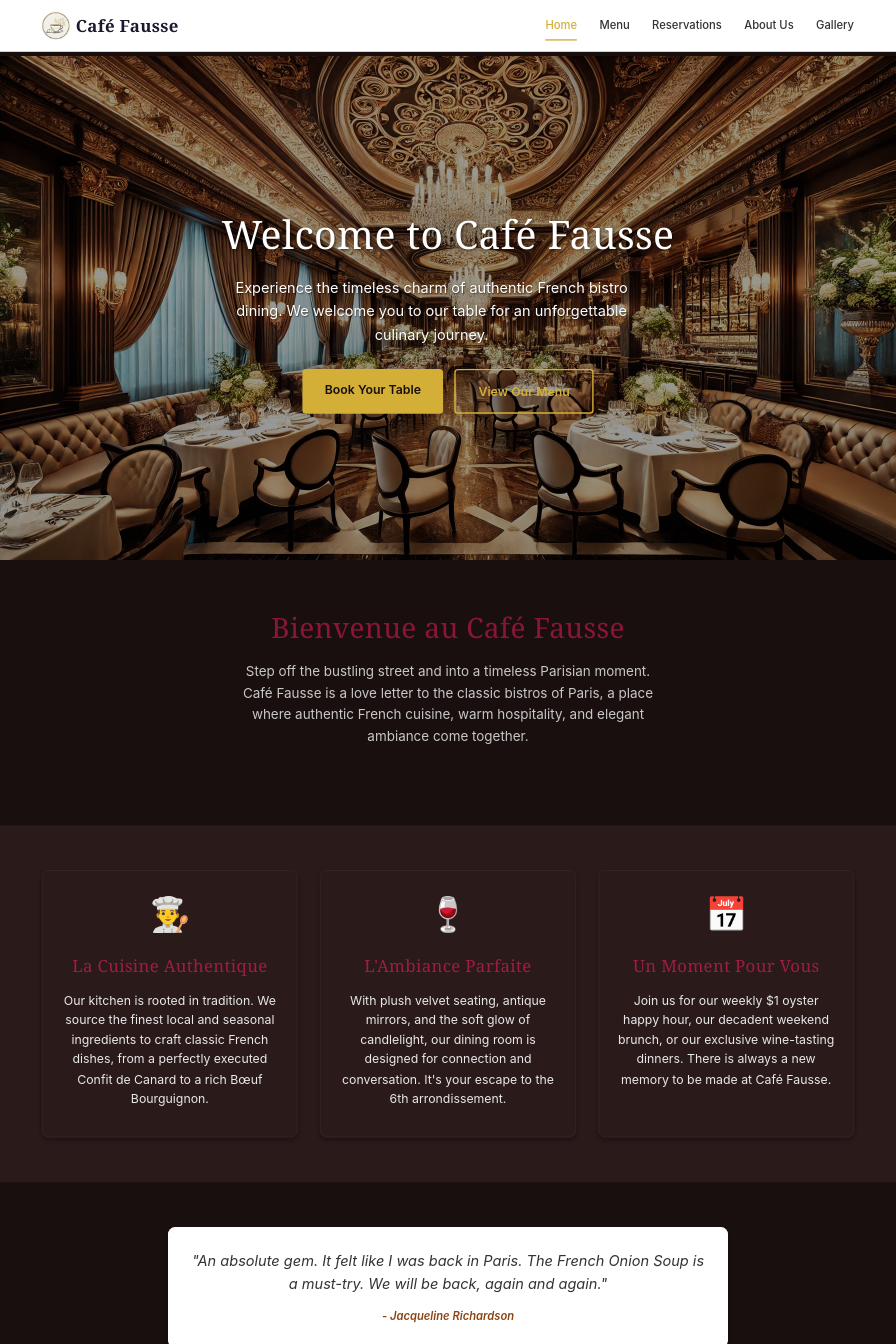
Repository: MatVanDenArt/MSSE-Cafe-Fausse
Page: / (app in frontend/)
The author's editor kept a copy of each file at every save. The page is drawn from the files as they stood at one save, then again after the next save.
The browser window is 1280 px wide. The pictures show the part of the page from y = 0 to 1920 px (the page is 2972 px tall), at 70% of full size.
The page's requests for data from a server got no answer. The project was rebuilt for these pictures with package versions that can differ from the ones it lists, and the page was loaded fresh each time. No one was signed in, and anything a server would have sent is missing. Also part of the build but not shown: frontend/src/pages/Menu.css, frontend/src/pages/Menu.js, frontend/src/pages/Reservations.css, frontend/src/pages/Reservations.js, frontend/src/pages/About.css, frontend/src/pages/About.js, frontend/src/pages/Gallery.css, frontend/src/pages/Gallery.js.

Above is the page before, as saved 2025-10-26 15:10:00.

After the next save:
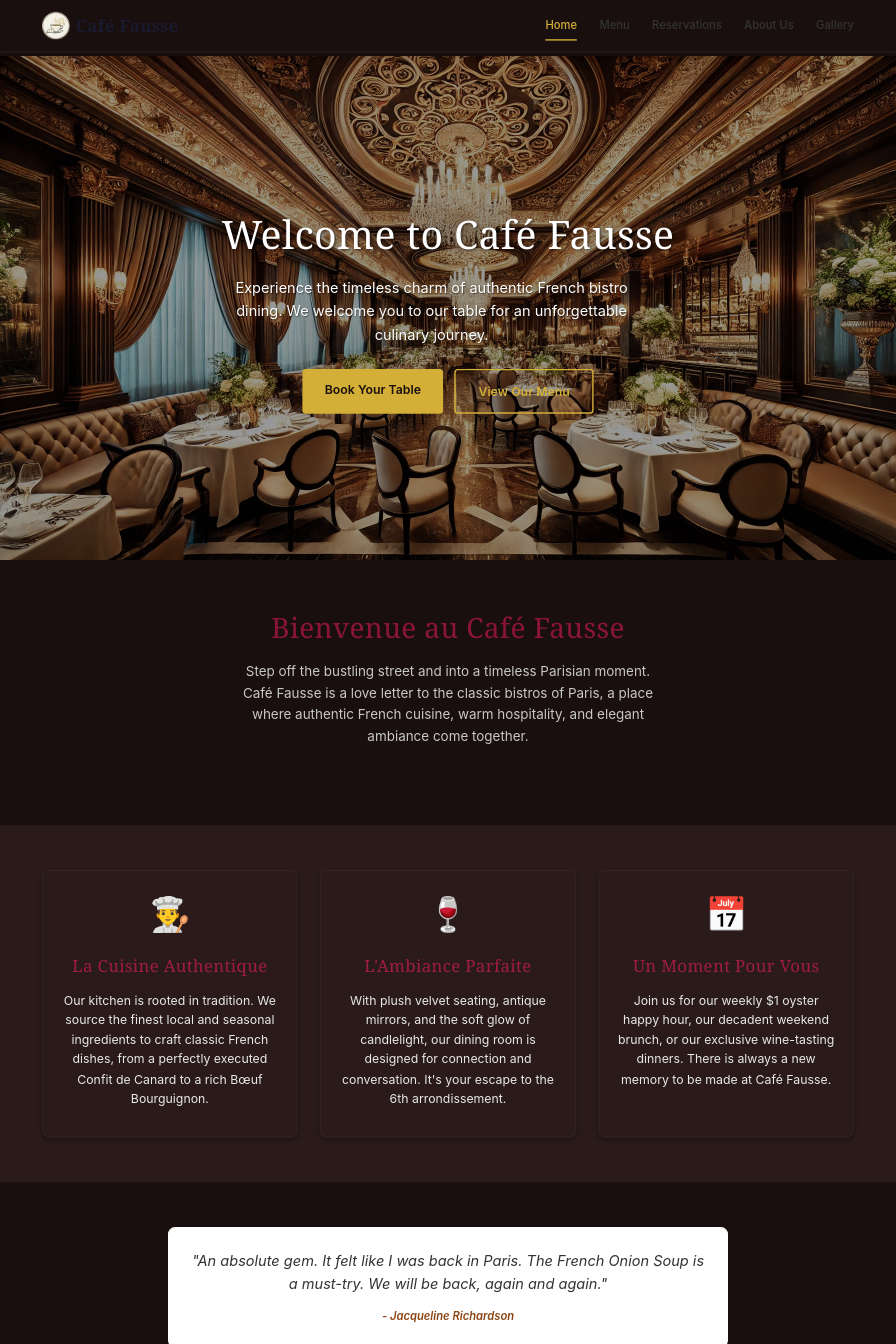
Saved 4 s later.
--- a/frontend/src/components/Header.css
+++ b/frontend/src/components/Header.css
@@ -1,11 +1,12 @@
 .nav {
-  background-color: white;
-  box-shadow: 0 2px 10px rgba(0, 0, 0, 0.1);
+  background-color: #1a0f0f;
+  box-shadow: 0 2px 10px rgba(0, 0, 0, 0.3);
   position: fixed;
   top: 0;
   left: 0;
   right: 0;
   z-index: 1000;
+  border-bottom: 1px solid #3a2a2a;
 }
 
 .nav-container {
